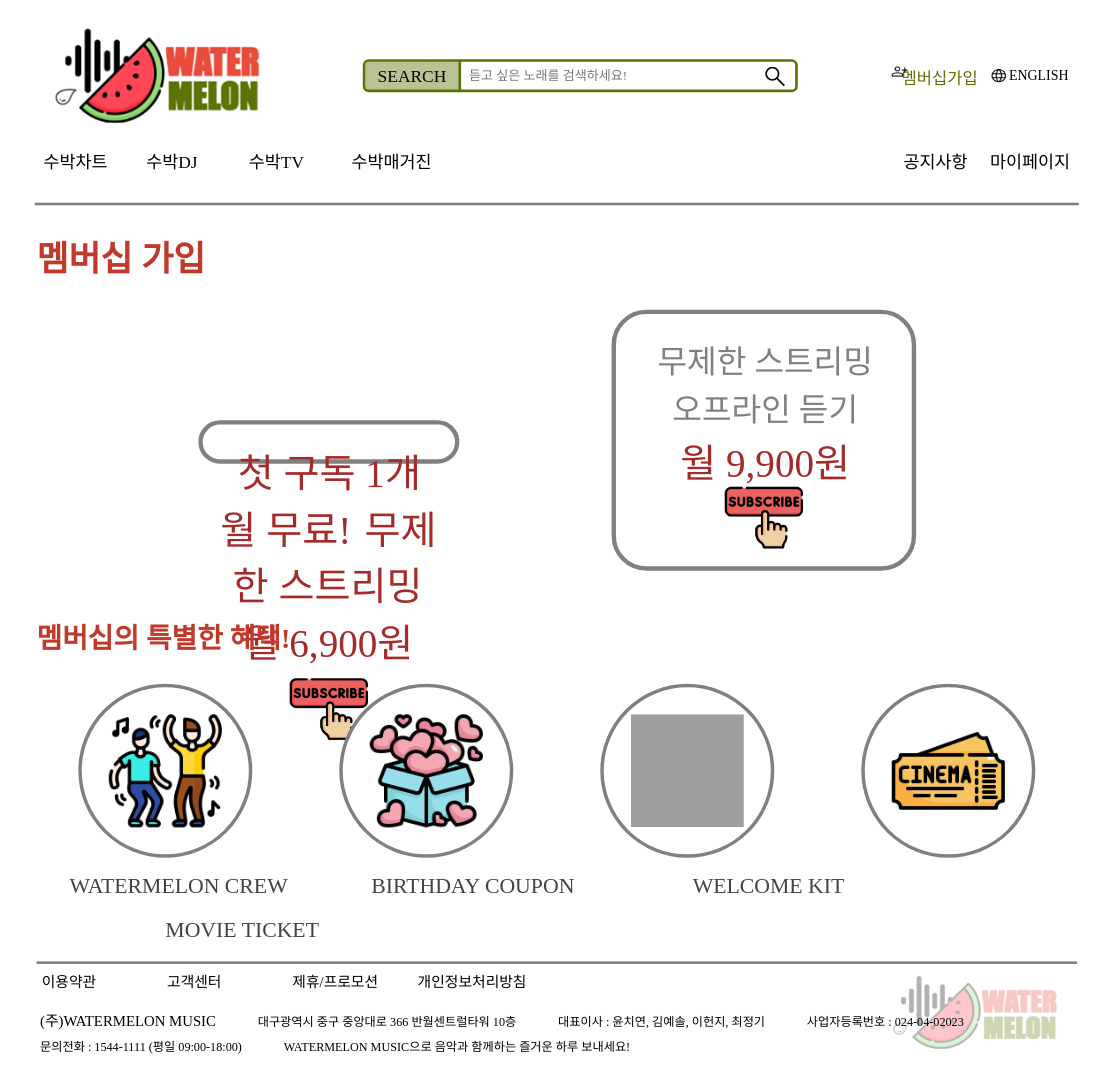
Repository: anchobb/TEAM_STS
Page: http://localhost/PJ_TEAM01/WEB-INF/views/membership.jsp
The author's editor kept a copy of each file at every save. The page is drawn from the files as they stood at one save, then again after the next save.
The browser window is 1280 px wide. The pictures show the whole page, at 87% of full size.
Pictures or frames that could not be fetched are drawn as grey boxes. Some web fonts or font styles are not loaded; a fallback is used. Some web libraries are served in a nearby version. The page is served by Tomcat 9. Nobody is signed in. The template is opened directly, without the code that normally fills it, so the values that code supplies are empty.

Above is the page before, as saved 2023-09-11 11:48:29.
Console error: TypeError: Cannot read properties of null (reading 'addEventListener')

After the next save:
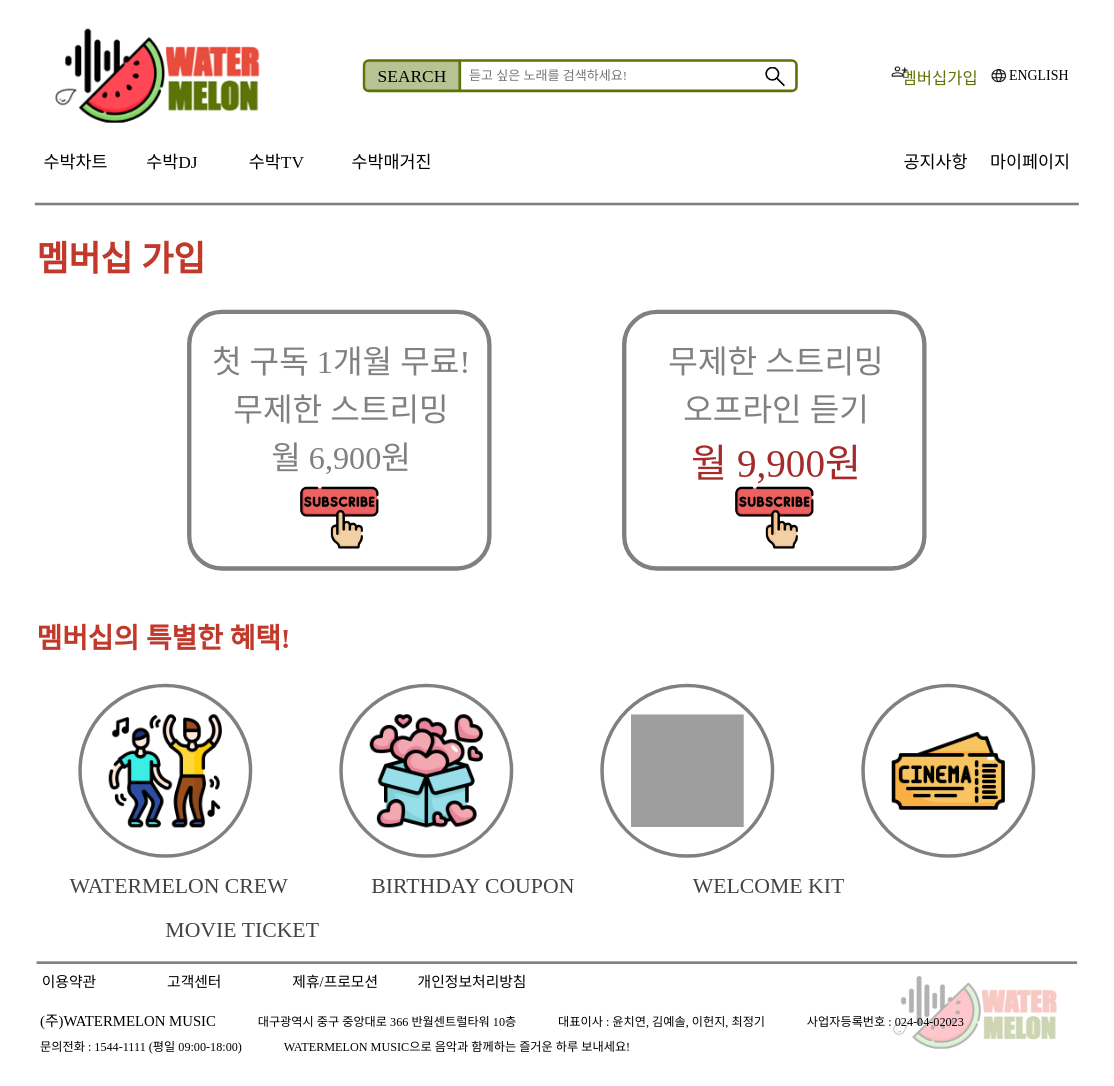
Saved 19 s later.
--- a/PJ_TEAM01/src/main/webapp/resources/static/css/membership_Page.css
+++ b/PJ_TEAM01/src/main/webapp/resources/static/css/membership_Page.css
@@ -49,7 +49,7 @@
     cursor: pointer;
 }
 
-.ms_pay .subscribe_1,.subscribe_2>span {
+.ms_pay .subscribe_1>span, .subscribe_2>span {
     display: block;
     width: 300px;
     height: 50px;
